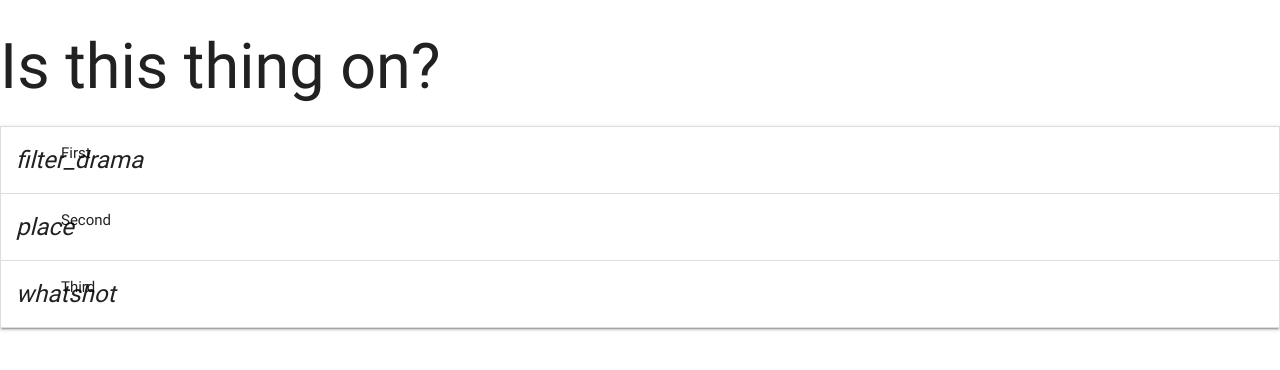
Repository: callendera/MilestoneProject3
Page: http://localhost/
The author's editor kept a record of every edit. The page is drawn from the files as they stood at one moment, then again after the next edit.
The browser window is 1280 px wide. The pictures show the whole page.
The page is served by the project's application, run on Flask 3 (recipe.py). Queries for data that is not in the repository find no rows.

Above is the page before.

### templates/recipes.html
{% extends 'base.html' %}
{% block content %}
        {% for recipes in from_scratch %}
            {{recipes.category_name}}
            {{recipes.recipe_name}}
            {{recipes.is_healthy}}
            {{recipes.recipe_type}}
            {{recipes.serves}}
        {% endfor %}


  <ul class="collapsible">
    <li>
      <div class="collapsible-header"><i class="material-icons">filter_drama</i>First</div>
      <div class="collapsible-body"><span>Lorem ipsum dolor sit amet.</span></div>
    </li>
    <li>
      <div class="collapsible-header"><i class="material-icons">place</i>Second</div>
      <div class="collapsible-body"><span>Lorem ipsum dolor sit amet.</span></div>
    </li>
    <li>
      <div class="collapsible-header"><i class="material-icons">whatshot</i>Third</div>
      <div class="collapsible-body"><span>Lorem ipsum dolor sit amet.</span></div>
    </li>
  </ul>

{% endblock %}

### templates/base.html
<!DOCTYPE html>
<html>
    <head>
        <script src="https://cdnjs.cloudflare.com/ajax/libs/jquery/3.4.1/jquery.min.js" integrity="sha256-CSXorXvZcTkaix6Yvo6HppcZGetbYMGWSFlBw8HfCJo=" crossorigin="anonymous"></script>
        <!--JQuery needs to be active before Materialize can render its' data-->
        <link rel="stylesheet"  href="https://cdnjs.cloudflare.com/ajax/libs/materialize/0.100.2/css/materialize.min.css">

    </head>
    <body>
        <h1>Is this thing on?</h1>
        {% block content %}
        <!--contains any content needed for each page, this give a template for such-->
        {% endblock %}
    </body>
</html>

### recipe.py
import os
from flask import Flask, render_template, redirect, request, url_for
from flask_pymongo import PyMongo
from bson.objectid import ObjectId
#sets up application for use with PyMongo, Flask

app = Flask(__name__)
app.config["MONGO_DBNAME"] = 'from_scratch'
#creates link between Database and application
app.config["MONGO_URI"] = os.getenv("MONGO_URI")

#creates application to be tested

mongo = PyMongo(app)

@app.route('/')
@app.route('/get_recipes')
#Display text as proof of concept
def get_recipes():
    from_scratch = mongo.db.recipes.find()
    return render_template( "recipes.html", from_scratch=from_scratch)



if __name__ == '__main__':
    app.run(host=os.environ.get('IP'),
            port=int(os.environ.get('PORT')),
            debug=True)
#So they know how and where to run application

After the next edit:
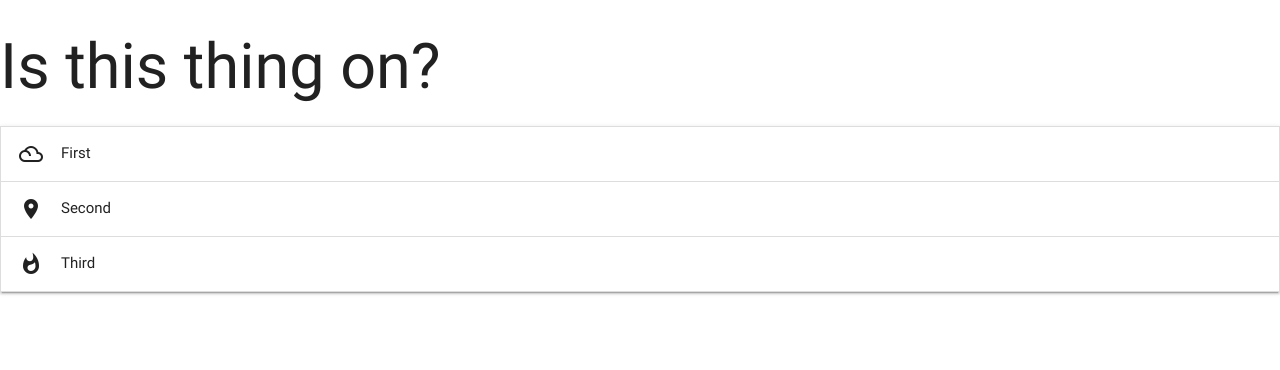
The edit:
--- a/templates/base.html
+++ b/templates/base.html
@@ -1,6 +1,8 @@
 <!DOCTYPE html>
 <html>
     <head>
+        <link href="https://fonts.googleapis.com/icon?family=Material+Icons" rel="stylesheet">
+        <!--link for Icons in Materialize-->
         <script src="https://cdnjs.cloudflare.com/ajax/libs/jquery/3.4.1/jquery.min.js" integrity="sha256-CSXorXvZcTkaix6Yvo6HppcZGetbYMGWSFlBw8HfCJo=" crossorigin="anonymous"></script>
         <!--JQuery needs to be active before Materialize can render its' data-->
         <link rel="stylesheet"  href="https://cdnjs.cloudflare.com/ajax/libs/materialize/0.100.2/css/materialize.min.css">
